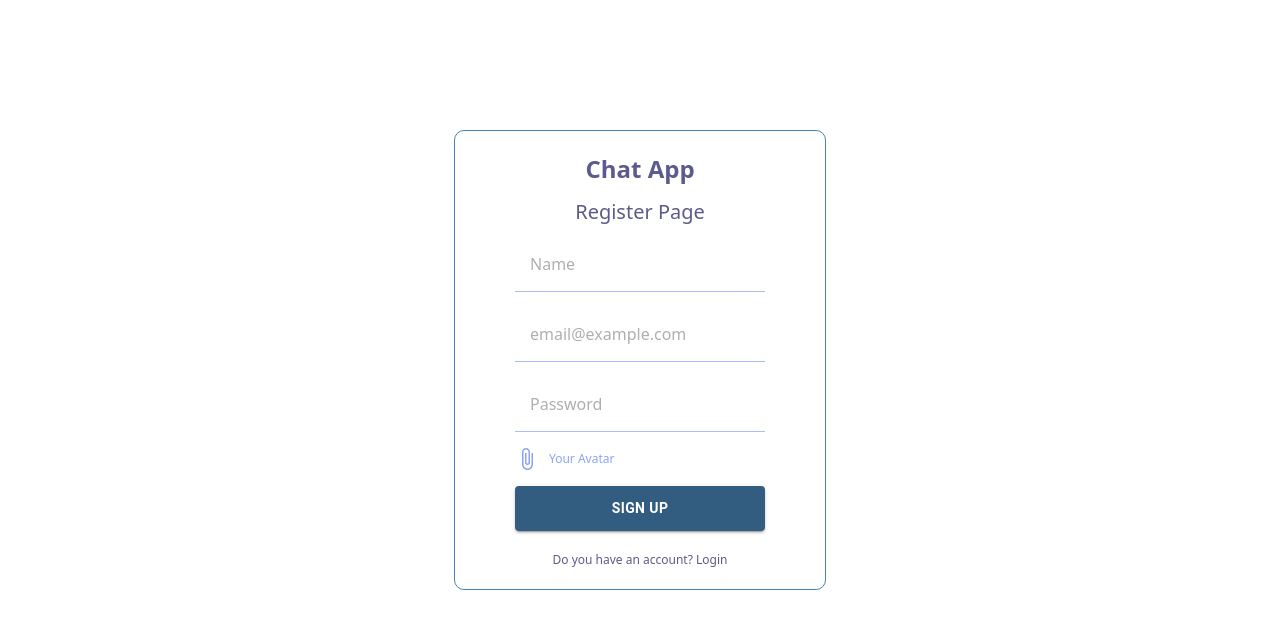
Repository: Nurlan-Bakenbaev/chat-app
Page: /register
An editor plug-in stored every save of this project. The page is shown before and after the next save, followed by the edit.
The browser window is 1280 px wide. The pictures show the whole page.
The project was rebuilt for these pictures with package versions that can differ from the ones it lists, and the page was loaded fresh each time. Also part of the build but not shown: vite.config.js, src/components/Search.jsx, src/components/Chats.jsx, src/components/Navbar.jsx, src/components/SideBar.jsx, src/components/Message.jsx, src/components/Messages.jsx, src/components/Input.jsx and 2 more. Imported but missing from the stored project, and not drawn on this page: src/pages/Login.

Above is the page before, as saved 2023-08-23 19:52:03.

After the next save:
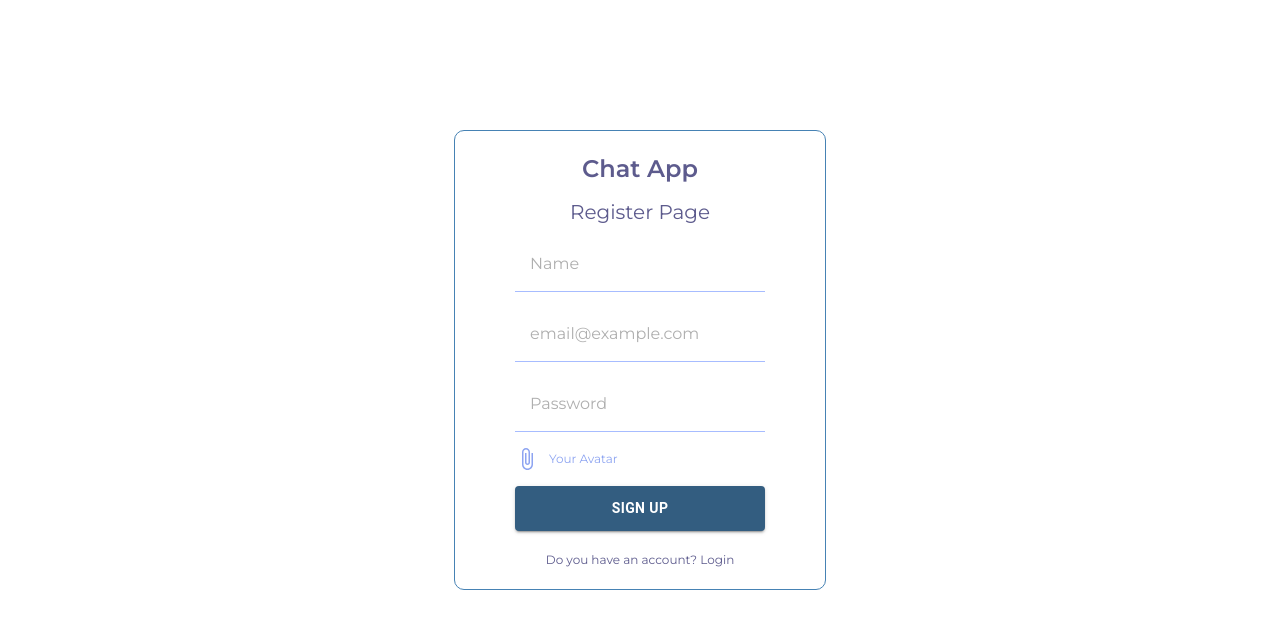
Saved 4 s later.
--- a/src/index.css
+++ b/src/index.css
@@ -2,5 +2,5 @@
     margin: 0;
     padding: 0;
     box-sizing: border-box;
-    font-size: font-family: 'Montserrat', sans-serif;;
+    font-family: 'Montserrat', sans-serif;;
 }
